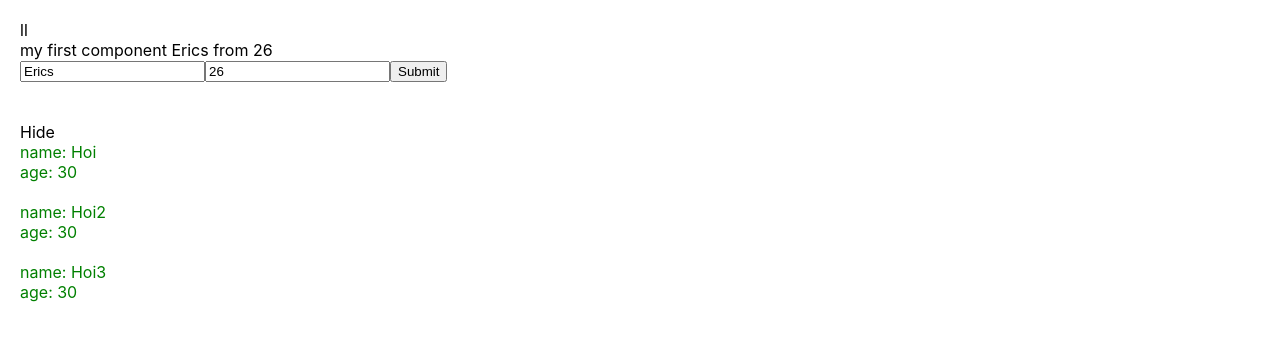
Repository: tvvn12/React-demo
Page: /admins
The author's editor kept a copy of each file at every save. The page is drawn from the files as they stood at one save, then again after the next save.
The browser window is 1280 px wide. The pictures show the whole page.
The project was rebuilt for these pictures with package versions that can differ from the ones it lists, and the page was loaded fresh each time. Also part of the build but not shown: src/components/DisplayInfo.scss.

Above is the page before, as saved 2024-03-05 15:14:17.

After the next save:
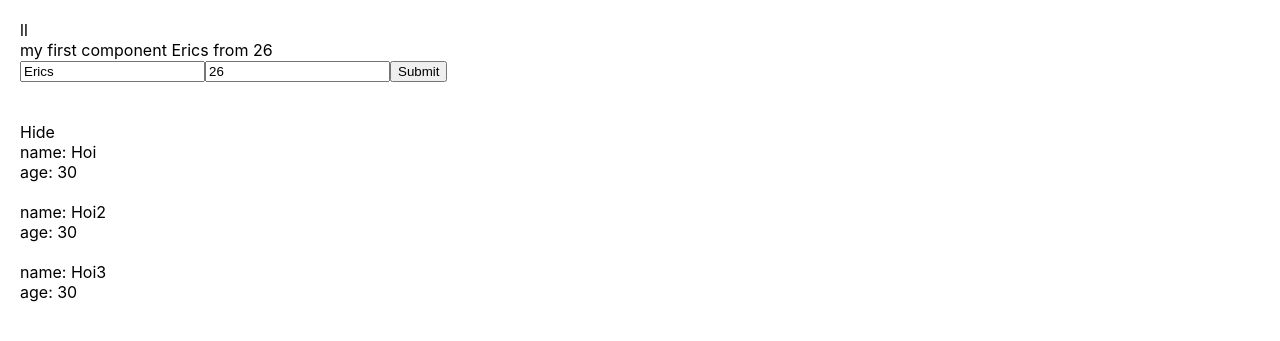
Saved 7 s later.
--- a/src/App.scss
+++ b/src/App.scss
@@ -14,12 +14,7 @@ code {
 }
 
 /*  */
-.red {
-  color: red;
-}
-.green {
-  color: green;
-}
+
 .App-logo {
   height: 40vmin;
   pointer-events: none;
